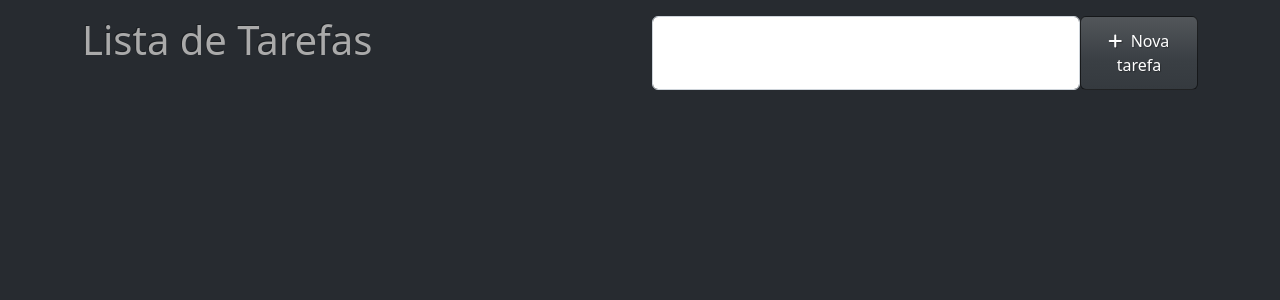
Repository: cargugati/lista_tarefas
Page: frontEnd/index.html
The author's editor kept a copy of each file at every save. The page is drawn from the files as they stood at one save, then again after the next save.
The browser window is 1280 px wide. The pictures show the whole page.

Above is the page before, as saved 2023-03-16 10:24:34.

### frontEnd/index.html
<!DOCTYPE html>
<html lang="pt-br">

<head>
  <meta charset="UTF-8">
  <meta http-equiv="X-UA-Compatible" content="IE=edge">
  <meta name="viewport" content="width=device-width, initial-scale=1.0">
  <title>Lista de Tarefas</title>
  <link rel="stylesheet" href="/assets/css/bootstrap.min.css">
  <link rel="stylesheet" href="/assets/fontawesome/css/all.min.css">
  <link rel="shortcut icon" href="/assets/images/favicon.png" type="image/png">
</head>

<body>
  <div class="container my-3">
    <div class="row">
      <div class="col">
        <h1>Lista de Tarefas</h1>
      </div>
      <div class="col text-end">
        <div class="d-flex justify-content-end">
          <select id="select_filter" class="form-control">
            <option value=""></option>
            <option value="1">1</option>
          </select>
          <a href="new_task.html" class="btn btn-primary"><i class="fa-solid fa-plus me-2"></i>Nova tarefa</a>
        </div>
      </div>
    </div>
  </div>


  <script src="assets/js/bootstrap.bundle.min.js"></script>
</body>

</html>

Loaded but not shown: frontEnd/assets/css/bootstrap.min.css (library); frontEnd/assets/fontawesome/css/all.min.css (library); frontEnd/assets/js/bootstrap.bundle.min.js (library)

After the next save:
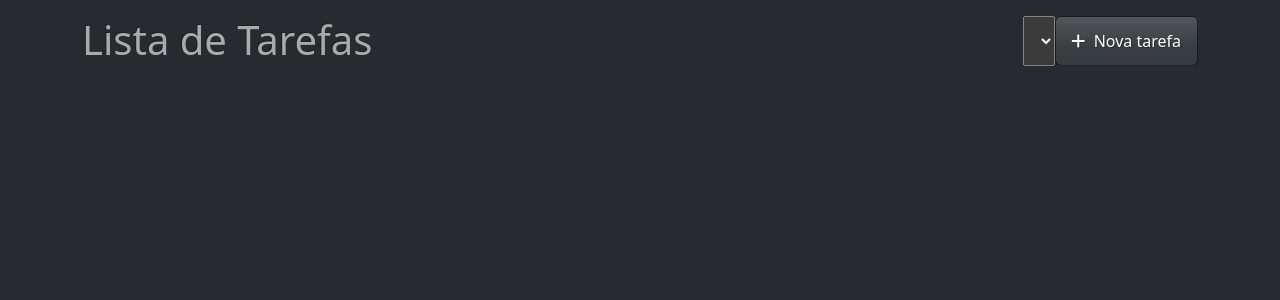
Saved 11 s later.
--- a/frontEnd/index.html
+++ b/frontEnd/index.html
@@ -19,7 +19,7 @@
       </div>
       <div class="col text-end">
         <div class="d-flex justify-content-end">
-          <select id="select_filter" class="form-control">
+          <select id="select_filter" class="form">
             <option value=""></option>
             <option value="1">1</option>
           </select>
